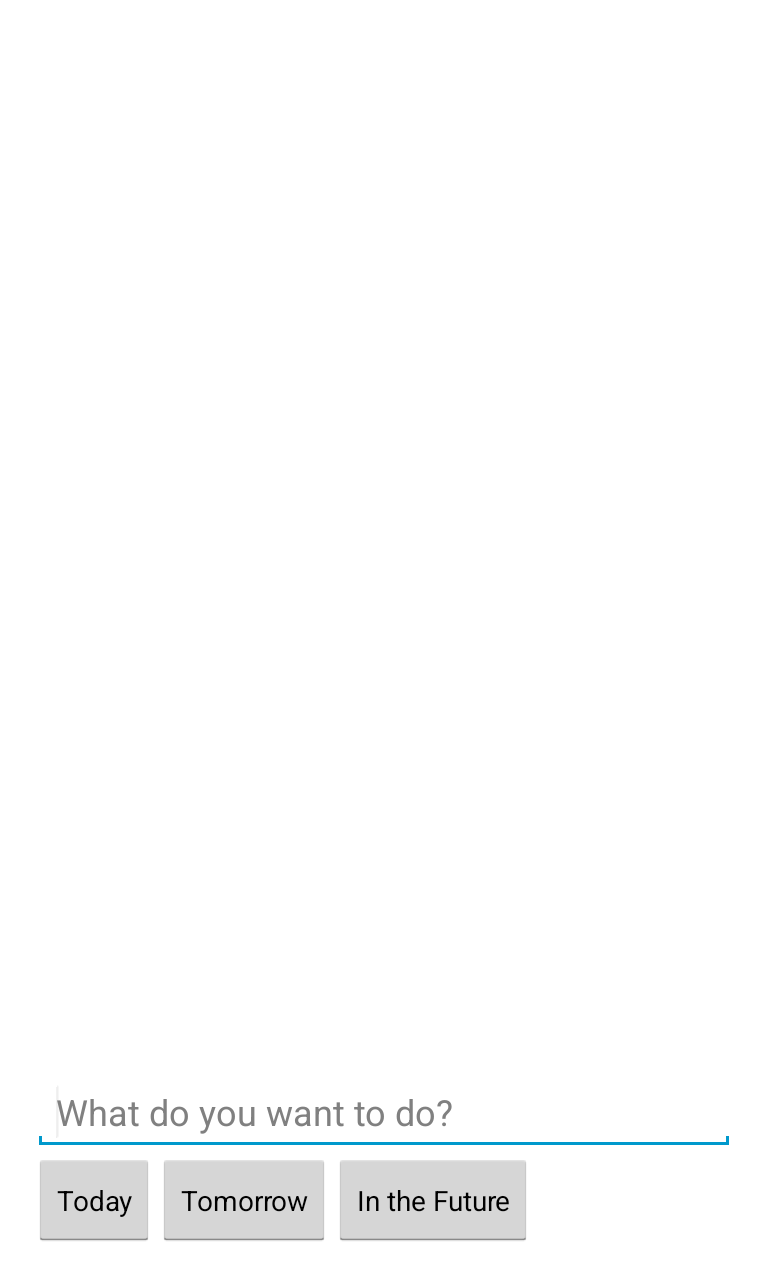
Repository: heatherpriceonline/tapia2014
Layout: Now/res/layout/activity_main.xml
The author's editor kept a copy of each file at every save. The layout is drawn from the files as they stood at one save, then again after the next save.
It is drawn on a 768 x 1280 px phone screen (xhdpi) without system bars, with theme AppTheme; the app's code is not run.

Above is the layout before, as saved 2014-02-08 19:36:12.

After the next save:
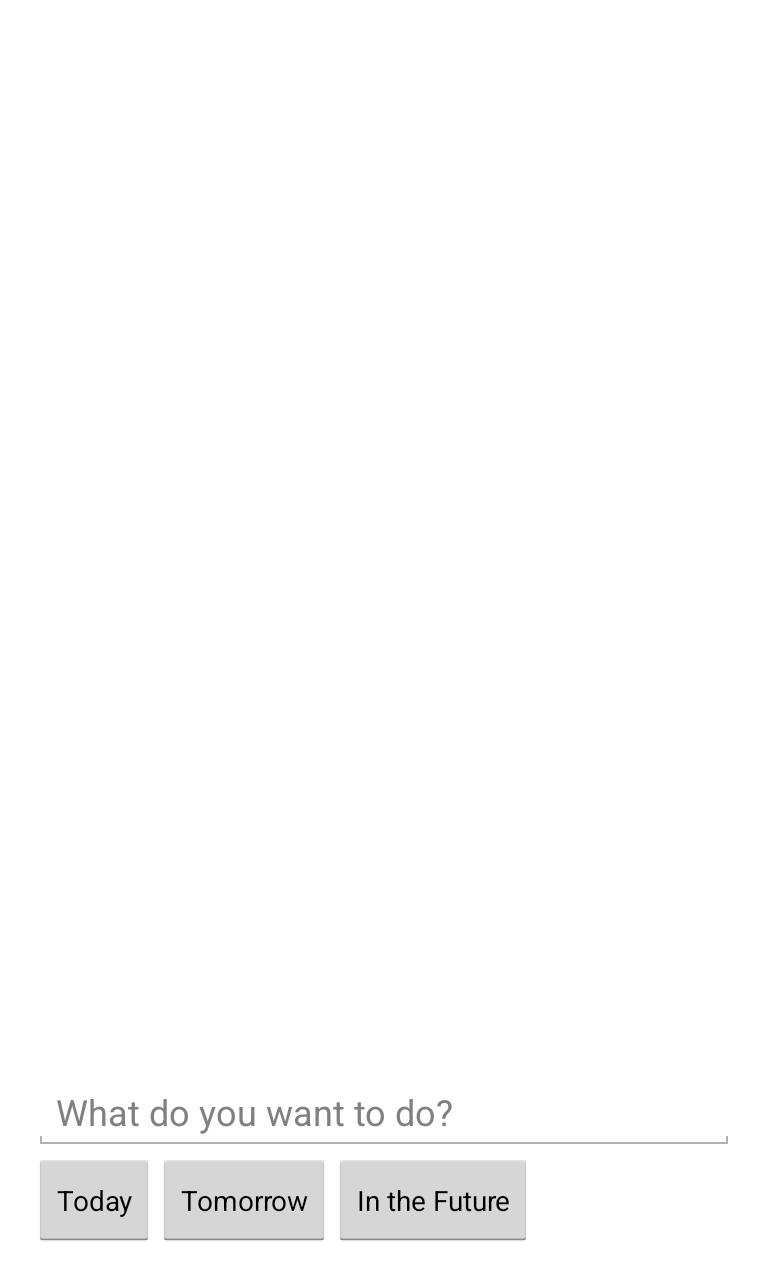
Saved 109 s later.
--- a/Now/res/layout/activity_main.xml
+++ b/Now/res/layout/activity_main.xml
@@ -26,56 +26,66 @@
                 android:layout_height="wrap_content" >
             </TabWidget>
 
-            <FrameLayout
+           <FrameLayout
                 android:id="@android:id/tabcontent"
                 android:layout_width="match_parent"
                 android:layout_height="match_parent" >
 
-                <LinearLayout
-                    android:id="@+id/Today"
-                    android:layout_width="match_parent"
-                    android:layout_height="match_parent"
-                    android:gravity="bottom"
-                    android:orientation="vertical" >
+           		<RelativeLayout
+           		    android:id="@+id/Today"
+           		    android:layout_width="match_parent"
+           		    android:layout_height="match_parent" >
 
-                    <EditText
-                        android:id="@+id/todoText"
-                        android:layout_width="match_parent"
-                        android:layout_height="wrap_content"
-                        android:ems="10"
-                        android:hint="@string/todoText">
+           		    <LinearLayout
+           		        android:id="@+id/linearLayout1"
+           		        android:layout_width="match_parent"
+           		        android:layout_height="wrap_content"
+           		        android:layout_alignParentBottom="true"
+           		        android:layout_alignParentLeft="true" >
 
-                        <requestFocus />
-                    </EditText>
+           		        <Button
+           		            android:id="@+id/todayButton"
+           		            style="?android:attr/buttonStyleSmall"
+           		            android:layout_width="wrap_content"
+           		            android:layout_height="wrap_content"
+           		            android:text="@string/today" />
 
-                    <LinearLayout
-                        android:layout_width="match_parent"
-                        android:layout_height="wrap_content" >
+           		        <Button
+           		            android:id="@+id/tomorrowButton"
+           		            style="?android:attr/buttonStyleSmall"
+           		            android:layout_width="wrap_content"
+           		            android:layout_height="wrap_content"
+           		            android:text="@string/tomorrow" />
 
-                        <Button
-                            android:id="@+id/todayButton"
-                            style="?android:attr/buttonStyleSmall"
-                            android:layout_width="wrap_content"
-                            android:layout_height="wrap_content"
-                            android:text="@string/today" />
+           		        <Button
+           		            android:id="@+id/futureButton"
+           		            style="?android:attr/buttonStyleSmall"
+           		            android:layout_width="wrap_content"
+           		            android:layout_height="wrap_content"
+           		            android:text="@string/future" />
+           		    </LinearLayout>
 
-                        <Button
-                            android:id="@+id/tomorrowButton"
-                            style="?android:attr/buttonStyleSmall"
-                            android:layout_width="wrap_content"
-                            android:layout_height="wrap_content"
-                            android:text="@string/tomorrow" />
+           		    <EditText
+           		        android:id="@+id/todoText"
+           		        android:layout_width="match_parent"
+           		        android:layout_height="wrap_content"
+           		        android:layout_above="@+id/linearLayout1"
+           		        android:layout_alignParentLeft="true"
+           		        android:ems="10"
+           		        android:hint="@string/todoText" />
 
-                        <Button
-                            android:id="@+id/futureButton"
-                            style="?android:attr/buttonStyleSmall"
-                            android:layout_width="wrap_content"
-                            android:layout_height="wrap_content"
-                            android:text="@string/future" />
+           		    <TextView
+           		        android:id="@+id/textView"
+           		        android:layout_width="wrap_content"
+           		        android:layout_height="wrap_content"
+           		        android:layout_alignParentLeft="true"
+           		        android:layout_alignParentTop="true"
+           		        android:layout_marginTop="15dp"
+           		        android:text=""
+           		        android:textAppearance="?android:attr/textAppearanceMedium"
+           		        />
 
-                    </LinearLayout>
-
-                </LinearLayout>
+           		</RelativeLayout>
 
                 <LinearLayout
                     android:id="@+id/Tomorrow"
@@ -84,7 +94,7 @@
                 </LinearLayout>
 
                 <LinearLayout
-                    android:id="@+id/In the Future"
+                    android:id="@+id/Later"
                     android:layout_width="match_parent"
                     android:layout_height="match_parent" >
                 </LinearLayout>
